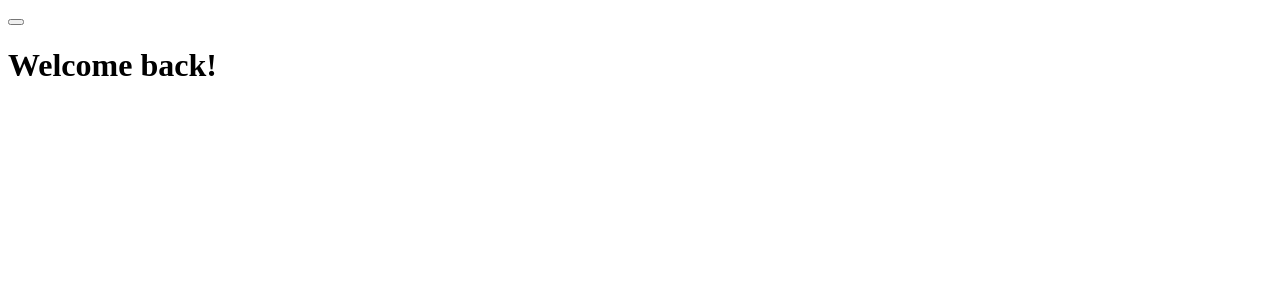
Repository: Leeminsu67/react-for-beginners
Page: /
These files come from the project's save history. The page is drawn as it stood at one moment and after the next save; the edit follows.
The browser window is 1280 px wide. The pictures show the whole page.
The project was rebuilt for these pictures with package versions that can differ from the ones it lists, and the page was loaded fresh each time.

Above is the page before, as saved 2024-08-02 15:30:53.

### src/App.js
import Button from "./Button";

function App() {
  return (
    <>
      <Button />
      <h1>Welcome back!</h1>
    </>
  );
}

export default App;

### src/Button.js
import React from "react";

const Button = ({ text }) => {
  return <button>{text}</button>;
};

export default Button;

Loaded but not shown: public/index.html (common file); src/index.js (common file)

After the next save:
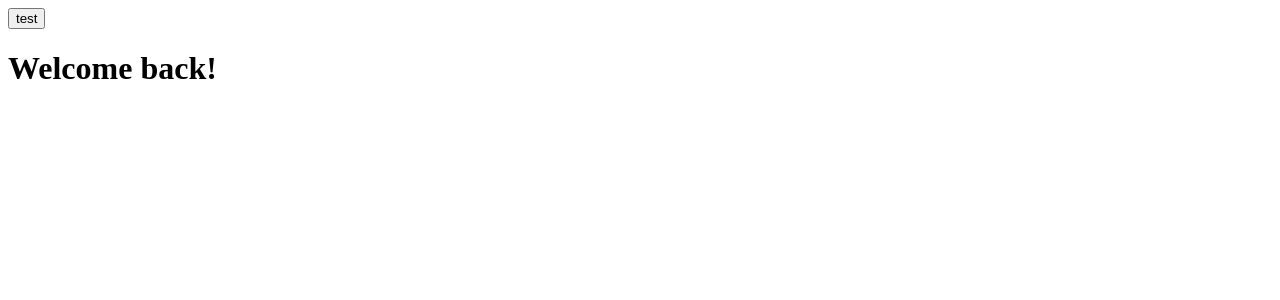
Saved 17 s later.
--- a/src/App.js
+++ b/src/App.js
@@ -3,7 +3,7 @@ import Button from "./Button";
 function App() {
   return (
     <>
-      <Button />
+      <Button text="test" />
       <h1>Welcome back!</h1>
     </>
   );
